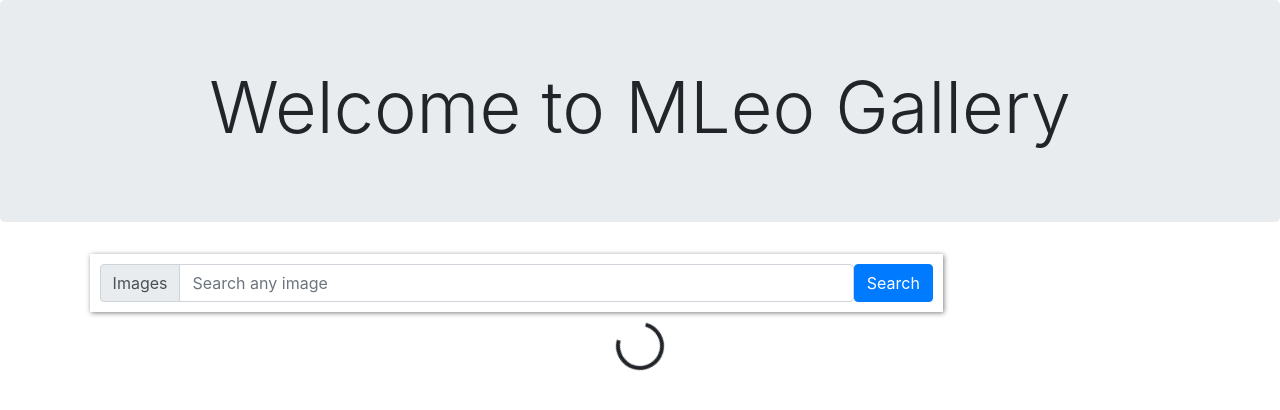
Repository: the-manohar/gallery
Page: /
The author's editor kept a copy of each file at every save. The page is drawn from the files as they stood at one save, then again after the next save.
The browser window is 1280 px wide. The pictures show the whole page.
The project was rebuilt for these pictures with package versions that can differ from the ones it lists, and the page was loaded fresh each time.

Above is the page before, as saved 2020-06-18 23:20:09.

### src/index.js
import React from "react";
import ReactDOM from "react-dom";
import "./index.css";
import "bootstrap/dist/css/bootstrap.css";
import App from "./App";
import * as serviceWorker from "./serviceWorker";

ReactDOM.render(
  <React.StrictMode>
    <App />
  </React.StrictMode>,
  document.getElementById("root")
);

// If you want your app to work offline and load faster, you can change
// unregister() to register() below. Note this comes with some pitfalls.
// Learn more about service workers: https://bit.ly/CRA-PWA
serviceWorker.unregister();

### src/App.js
import React, { useState } from "react";
import {
  Button,
  InputGroup,
  InputGroupText,
  InputGroupAddon,
  Input,
  Jumbotron,
  Spinner,
} from "reactstrap";

import "./App.css";

function App() {
  const [value, setValue] = useState("");
  const [result, setResult] = useState([]);
  const fetchImages = () => {
    fetch(
      `https://api.unsplash.com/search/photos/?client_id=V38aA4zOjg1Xb1lBpNRUAK8duXvqwhDHHJbssXB_Pps&query=${value}&orientation=squarish&per_page=18`
    )
      .then((res) => res.json())
      .then((data) => {
        setResult(data.results);
      });
  };
  return (
    <div className="App">
      <Jumbotron>
        <h1 className="display-3">Welcome to MLeo Gallery</h1>
      </Jumbotron>
      <div className="mydiv col-sm-8">
        {/* <span>Search</span> */}
        <InputGroup>
          <InputGroupAddon addonType="prepend">
            <InputGroupText>Images</InputGroupText>
          </InputGroupAddon>
          <Input
            placeholder="Search any image"
            value={value}
            onChange={(event) => setValue(event.target.value)}
          />
        </InputGroup>
        <Button color="primary" onClick={() => fetchImages()}>
          Search
        </Button>
      </div>

      {result.length > 0 ? (
        <div className="gallery">
          {result.map((item) => {
            return (
              <img
                className="item img-thumbnail"
                key={item.id}
                src={item.urls.small}
                alt={item.urls.small}
              />
            );
          })}
        </div>
      ) : (
        <Spinner style={{ width: "3rem", height: "3rem" }} />
      )}
    </div>
  );
}

export default App;

//

### src/App.css
.App {
  text-align: center;
}
.mydiv {
  display: flex;
  justify-content: space-around;
  margin: 10px 7%;
  box-shadow: 1px 1px 5px grey;
  padding: 10px;
}

.gallery {
  display: flex;
  flex-wrap: wrap;
  justify-content: space-around;
}
.item {
  width: 30%;
  margin: 5px;
}

Loaded but not shown: public/index.html (common file); src/index.css (common file); src/serviceWorker.js (common file)

After the next save:
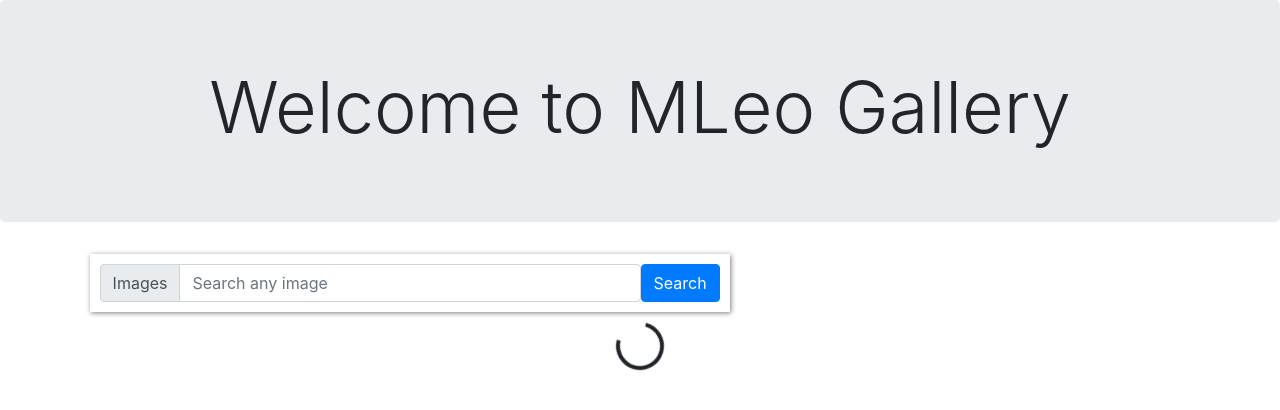
Saved 13 s later.
--- a/src/App.js
+++ b/src/App.js
@@ -28,7 +28,7 @@ function App() {
       <Jumbotron>
         <h1 className="display-3">Welcome to MLeo Gallery</h1>
       </Jumbotron>
-      <div className="mydiv col-sm-8">
+      <div className="mydiv col-sm-6">
         {/* <span>Search</span> */}
         <InputGroup>
           <InputGroupAddon addonType="prepend">
